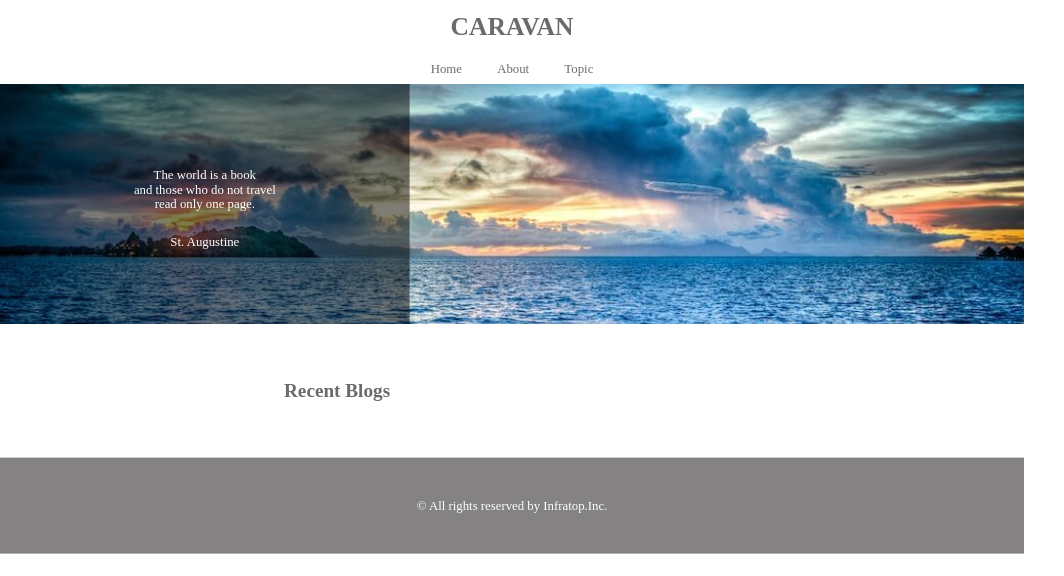
Repository: RAM-OK/git-practice
Page: caravan/index.html
The author's editor kept a record of every edit. The page is drawn from the files as they stood at one moment, then again after the next edit.
The browser window is 1280 px wide. The page is 1280 px wide, then 1330 px, so the pictures cover 1330 px, including what lies to the right of the window. The pictures show the whole page, at 80% of full size.

Above is the page before.

After the next edit:
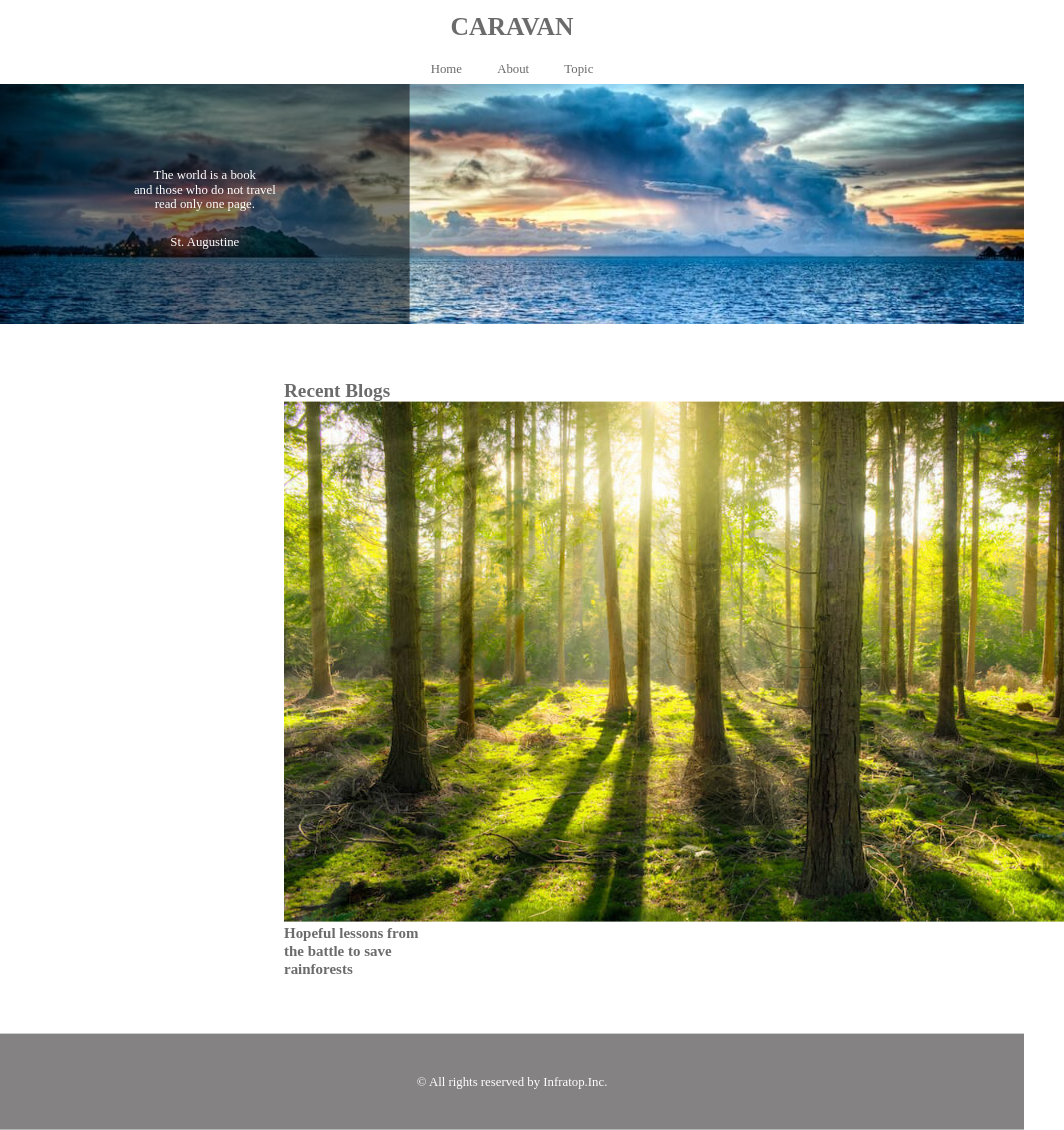
The edit:
--- a/caravan/index.html
+++ b/caravan/index.html
@@ -46,6 +46,18 @@
     <main>
       <section class="blog">
         <h2 class="blog-heading">Recent Blogs</h2>
+        <div class="blog-item">
+          <img class="blog-image" src="img/forest.jpg">
+          <section class="blog-text">
+            <h3>
+              <a href="single.html">
+                Hopeful lessons from<br>
+                the battle to save<br>
+                rainforests
+              </a>
+            </h3>
+          </section>
+        </div>
       </section>
       <div class="sidebar"></div>
     </main>
